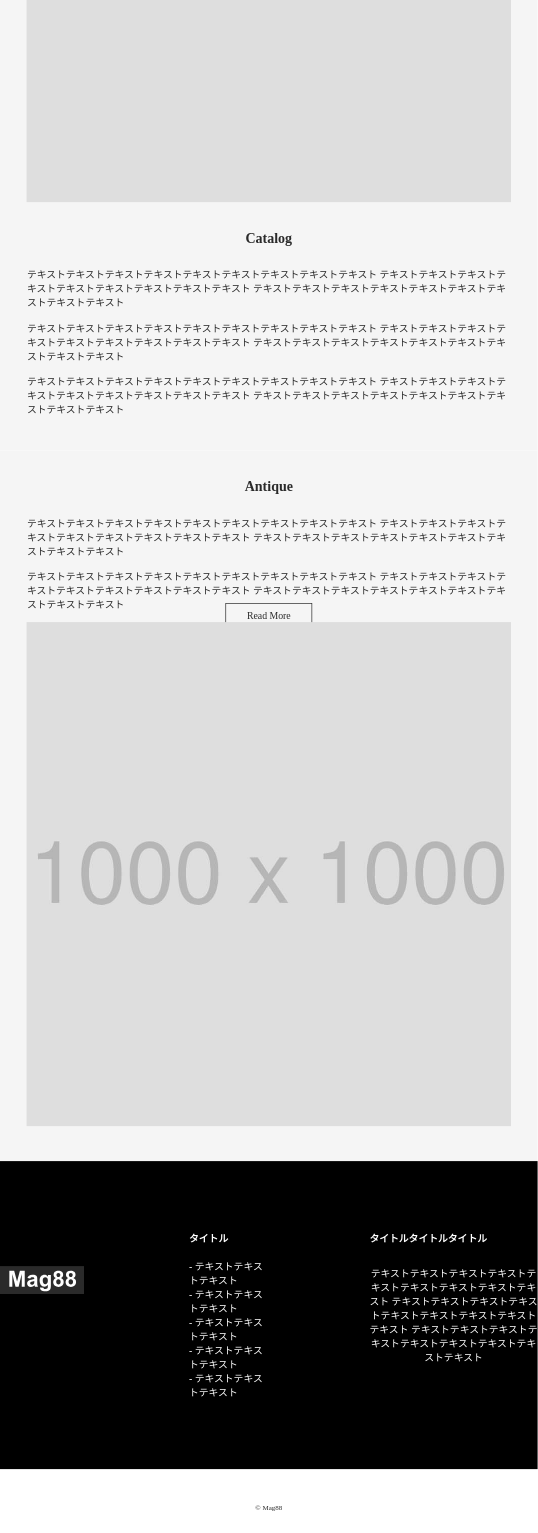
Repository: n19880405nick/challenge
Page: Codestep/Mag88/mag88.html
The author's editor kept a record of every edit. The page is drawn from the files as they stood at one moment, then again after the next edit.
The browser window is 768 px wide. The pictures show the part of the page from y = 3654 to 5894 px (the page is 5844 px tall before and 5894 px after), at 70% of full size.

Above is the page before.

### Codestep/Mag88/mag88.html
<!DOCTYPE html>
<html lang="ja">
  <head>
    <meta charset="UTF-8">
    <meta name="viewport" content="width=device-width,initial-scale=1.0">
    <title>Mag88</title>
    <link rel="stylesheet" href="mag88.css">
    <link rel="shortcut icon" href="img/favicon.ico">
  </head>

  <body>
    <main>
      <div class="main-visual">
        <img class="logo" src="img/logo.svg">
      </div>

      <div class="content1">
        <span class="title"><strong>A special, long article in a newspaper or magazine</strong></span>
        <span class="text">テキストテキストテキストテキストテキストテキストテキストテキストテキストテキスト<br>
                           テキストテキストテキストテキストテキストテキストテキストテキスト</span>
        <div class="contents-images">
          <a href="">
            <div class="content-image">
              <div class="inner">
                <span class="title"><strong>Archive</strong></span>
                <span class="inner-text">テキストテキストテキストテキスト<br>テキストテキストテキスト</span>
              </div>
            </div>
          </a>
          <a href="">
            <div class="content-image">
              <div class="inner">
                <span class="title"><strong>New</strong></span>
                <span class="inner-text">テキストテキストテキストテキスト<br>テキストテキストテキスト</span>
              </div>
            </div>
          </a>
        </div>
      </div>

      <div class="content2">
        <span class="title"><strong>Fashion & Style</strong></span>
        <span class="text">テキストテキストテキストテキストテキストテキストテキストテキストテキストテキスト<br>
                           テキストテキストテキストテキストテキストテキストテキストテキスト</span>
        <a href=""><span class="to-top">Read More</span></a>
      </div>

      <div class="content3">
        <div class="catalog-image"></div>
        <div class="catalog-text">
          <span class="title"><strong>Catalog</strong></span>
          <span class="text">
            テキストテキストテキストテキストテキストテキストテキストテキストテキスト
            テキストテキストテキストテキストテキストテキストテキストテキストテキスト
            テキストテキストテキストテキストテキストテキストテキストテキストテキスト<br><br>
            テキストテキストテキストテキストテキストテキストテキストテキストテキスト
            テキストテキストテキストテキストテキストテキストテキストテキストテキスト
            テキストテキストテキストテキストテキストテキストテキストテキストテキスト<br><br>
            テキストテキストテキストテキストテキストテキストテキストテキストテキスト
            テキストテキストテキストテキストテキストテキストテキストテキストテキスト
            テキストテキストテキストテキストテキストテキストテキストテキストテキスト
          </span>
        </div>
      </div>

      <div class="content4">
        <div class="antique-text">
          <span class="title"><strong>Antique</strong></span>
          <span class="text">
            テキストテキストテキストテキストテキストテキストテキストテキストテキスト
            テキストテキストテキストテキストテキストテキストテキストテキストテキスト
            テキストテキストテキストテキストテキストテキストテキストテキストテキスト<br><br>
            テキストテキストテキストテキストテキストテキストテキストテキストテキスト
            テキストテキストテキストテキストテキストテキストテキストテキストテキスト
            テキストテキストテキストテキストテキストテキストテキストテキストテキスト
          </span>
          <a href=""><span class="to-top">Read More</span></a>
        </div>
        <div class="antique-image"></div>
      </div>

      <div class="pre-footer">
        <a href=""><img class="logo" src="img/logo.svg"></a>
        <div class="pre-footer-list">
          <span class="pre-footer-title"><strong>タイトル</strong></span>
          <ul class="list">
            <li>- テキストテキストテキスト</li>
            <li>- テキストテキストテキスト</li>
            <li>- テキストテキストテキスト</li>
            <li>- テキストテキストテキスト</li>
            <li>- テキストテキストテキスト</li>
          </ul>
        </div>
        <div class="pre-footer-text">
          <span class="pre-footer-title"><strong>タイトルタイトルタイトル</strong></span>
          <span class="text">
            テキストテキストテキストテキストテキストテキストテキストテキストテキスト
            テキストテキストテキストテキストテキストテキストテキストテキストテキスト
            テキストテキストテキストテキストテキストテキストテキストテキストテキスト
          </span>
        </div>
      </div>

    </main>

    <footer>
      <span class="copyrights">© Mag88</span>
    </footer>
  </body>
</html>

### Codestep/Mag88/mag88.css
*{
  margin: 0;
  padding: 0;
  box-sizing: border-box;
}

body{
  font-family: Arial、Hiragino Sans、Hiragino Kaku Gothic ProN、Meiryo、sans-serif;
  font-size: 0.875rem;
  color: #2a2a2a;
}

.main-visual{
  width: 100%;
  height: 100vh;
  background-image: url("img/mainvisual.jpg");
  background-size: cover;
  background-position: center;
  position: relative;
}

.main-visual .logo{
  position: absolute;
  right: 30px;
  top: 30px;
}

.content1, .content2, .content3, .content4, .pre-footer{
  width: 1200px;
  padding: 0 5%;
  margin: 50px auto;
}

.content1{
  display: flex;
  flex-direction: column;
  align-items: center;
}

.title{
  font-size: 20px;
}

.text{
  margin: 30px 0;
  text-align: center;
}

.contents-images{
  display: flex;
  justify-content: center;
}

.content-image{
  width: 500px;
  height: 500px;
  margin: 0 10px;
  background-size: cover;
  background-position: center;
  position: relative;
}

.content-image:nth-child(1){
  background-image: url("img/magazine-archive.jpg");
}

.content-image:nth-child(2){
  background-image: url("img/magazine-new.jpg");
}

a{
  text-decoration: none;
}

a:hover{
  opacity: 0.7;
}

.inner{
  width: 50%;
  color: white;
  background-color: rgba(0, 0, 0, 0.5);
  position: absolute;
  top: 40%;
  left: 25%;
  display: flex;
  flex-direction: column;
  align-items: center;
}

.inner-text{
  text-align: center;
}

.content2{
  margin-top: 50px;
  padding-top: 30px;
  width: 100vw;
  height: 600px;
  background-image: url("img/fashion.jpg");
  background-size: cover;
  background-position: center;
  display: flex;
  flex-direction: column;
  align-items: center;
}

.to-top{
  color: #2a2a2a;
  padding: 10px 30px;
  border: solid 1px #2a2a2a;
}

.content3, .content4{
  width: 100vw;
  margin: 0;
  padding: 50px 5%;
  display: flex;
  justify-content: center;
  background-color: #f5f5f5;
}

.catalog-image, .antique-image{
  width: 500px;
  height: 500px;
  margin: 0 10px;
  background-size: cover;
  background-position: center;
}

.catalog-image{
  background-image: url("img/catalog.jpg");
}

.antique-image{
  background-image: url("img/antique.jpg");
}

.catalog-text, .antique-text{
  width: 500px;
  margin: 0 10px;
  padding-top: 40px;
  display: flex;
  flex-direction: column;
  align-items: center;
}

.catalog-text .text, .antique-text .text{
  margin-bottom: 50px;
  text-align: left;
}

.pre-footer{
  width: 100vw;
  background-color: black;
  color: white;
  padding: 100px 0;
  margin-top: 0;
  display: flex;
  justify-content: center;
}

.pre-footer .logo{
  padding-top: 50px;
}

.pre-footer-list{
  margin: 0 150px;
}

.list{
  margin-top: 20px;
  list-style: none;
}

.pre-footer-text{
  width: 390px;
  display: flex;
  flex-direction: column;
}

footer{
  display: flex;
  justify-content: center;
}

.copyrights{
  font-size: 10px;
  margin-bottom: 30px;
}

@media screen and (max-width: 896px){
  .content1, .content2{
    width: 100%;
    padding: 0 5%;
    margin: 50px auto;
  }

  .contents-images{
    flex-direction: column;
    align-items: center;
  }

  .content-image{
    width: 90vw;
    height: 90vh;
    margin-top: 30px;
  }

  .content2{
    margin-top: 50px;
    padding-top: 30px;
  }

  .content3, .content4{
    flex-direction: column;
    align-items: center;
  }

  .content4{
    padding-top: 0;
  }

  .catalog-image, .antique-image{
    width: 90vw;
    height: 90vh;
  }

  .catalog-text .text, .antique-text .text{
    margin-bottom: 0;
    width: 90vw;
  }

}

After the next edit:
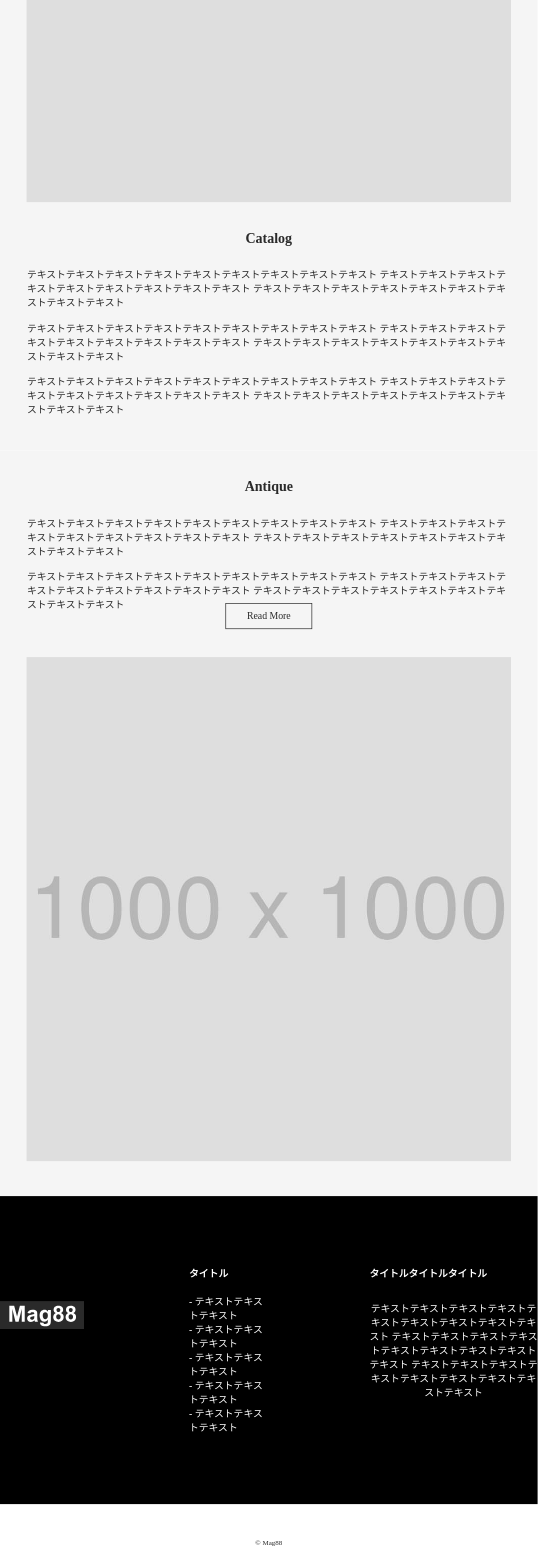
The edit:
--- a/Codestep/Mag88/mag88.css
+++ b/Codestep/Mag88/mag88.css
@@ -231,4 +231,8 @@
     width: 90vw;
   }
 
-}
+  .antique-text{
+    margin-bottom: 50px;
+  }
+
+}
